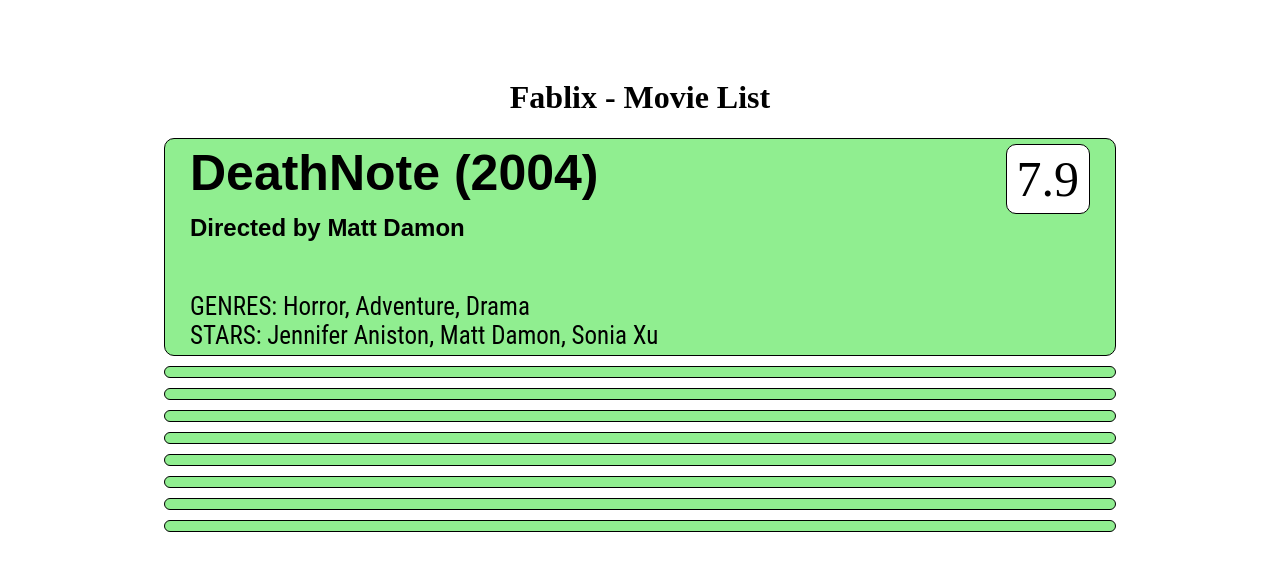
Repository: csumphan/fablix
Page: http://localhost/Project1/
These files come from the project's save history. The page is drawn as it stood at one moment and after a run of saves; the edit follows.
The browser window is 1280 px wide. The pictures show the whole page.
Some web fonts or font styles are not loaded; a fallback is used. The page is served by Tomcat 9. Nobody is signed in. The application's start-up code is not run.

Above is the page before, as saved 2018-01-23 00:28:31.

After the next 2 saves:
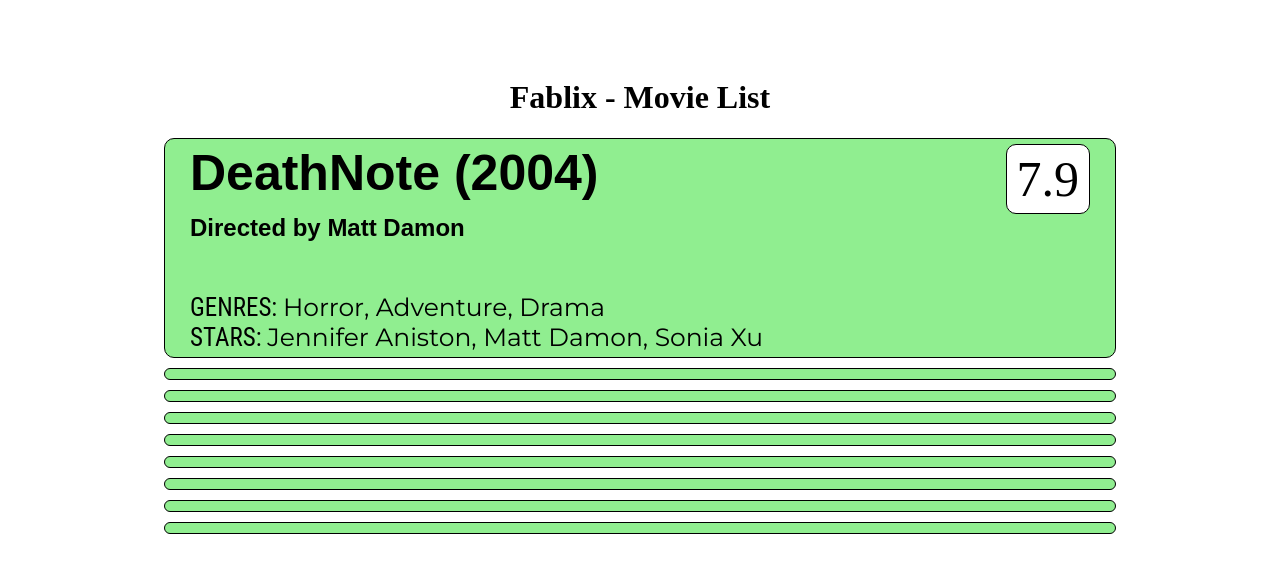
The 2 saves are shown as one change because they came seconds apart.
The last was saved 44 s later.
--- a/Project1/WebContent/styles.css
+++ b/Project1/WebContent/styles.css
@@ -59,10 +59,15 @@
 	width: 100%;
 }
 
-li {
-	display: inline-block;
+.genres-list {
+	font-family: 'Montserrat', sans-serif;
 }
+
 
 .stars-container {
 	width: 100%;
 }
+
+.stars-list {
+	font-family: 'Montserrat', sans-serif;
+}
